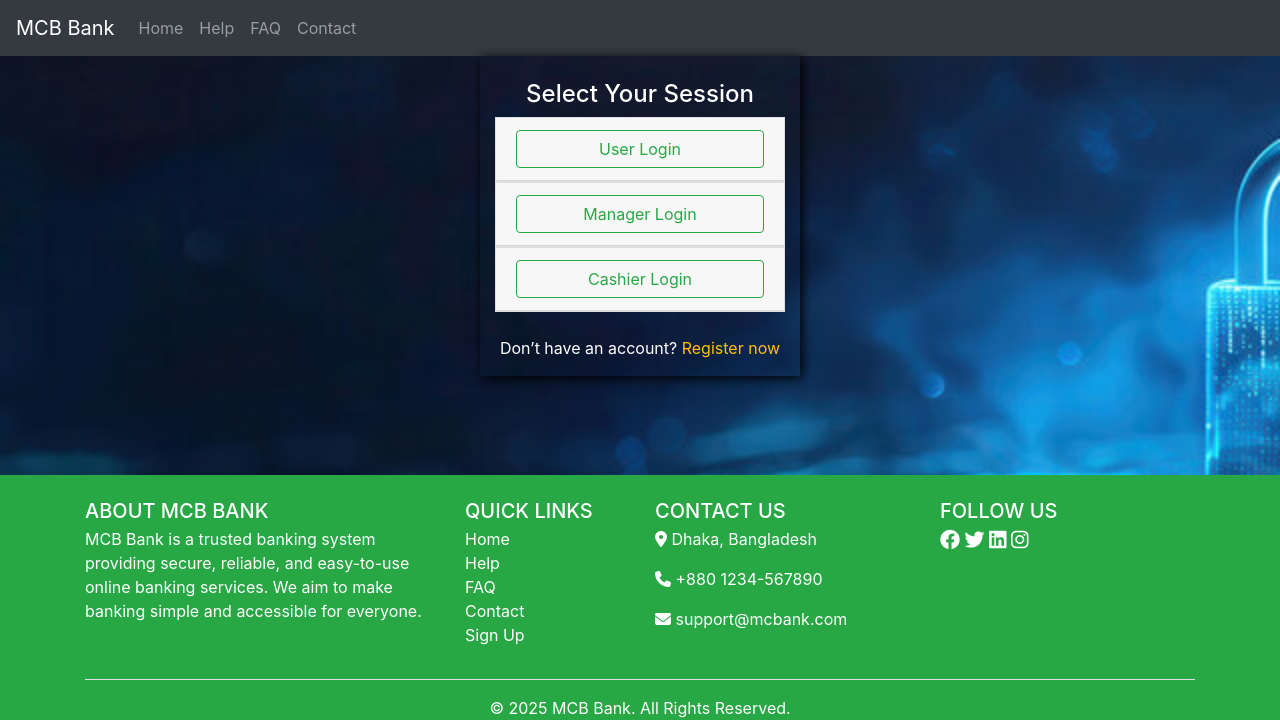
Repository: mhbshimla/my-bank
Page: http://localhost/login.php
An editor plug-in stored every save of this project. The page is shown before and after the next save, followed by the edit.
The browser window is 1280 px wide. The pictures show the whole page.
The page is run by PHP 8.4 with error messages shown; the project is at /var/www/html/.

Above is the page before, as saved 2025-10-13 20:11:25.

### login.php
<!DOCTYPE html>
<html>
<head>
	<title>Banking</title>
	<?php require 'assets/autoloader.php'; ?>
	<?php require 'assets/function.php'; ?>
	<?php
    $con = new mysqli('localhost','root','','mybank');
    define('bankName', 'MCB Bank');

		$error = "";
		if (isset($_POST['userLogin']))
		{
  			$user = $_POST['email'];
		    $pass = $_POST['password'];
		    $result = $con->query("select * from userAccounts where email='$user' AND password='$pass'");
		    if($result->num_rows>0)
		    {
		      session_start();
		      $data = $result->fetch_assoc();
		      $_SESSION['userId']=$data['id'];
		      $_SESSION['user'] = $data;
		      header('location:index.php');
		     }
		    else
		    {
		      $error = "<div class='alert alert-warning text-center rounded-0'>Username or password wrong try again!</div>";
		    }
		}

		if (isset($_POST['cashierLogin']))
		{
  			$user = $_POST['email'];
		    $pass = $_POST['password'];
		    $result = $con->query("select * from login where email='$user' AND password='$pass'");
		    if($result->num_rows>0)
		    {
		      session_start();
		      $data = $result->fetch_assoc();
		      $_SESSION['cashId']=$data['id'];
		      header('location:cindex.php');
		     }
		    else
		    {
		      $error = "<div class='alert alert-warning text-center rounded-0'>Username or password wrong try again!</div>";
		    }
		}

		if (isset($_POST['managerLogin']))
		{
  			$user = $_POST['email'];
		    $pass = $_POST['password'];
		    $result = $con->query("select * from login where email='$user' AND password='$pass' AND type='manager'");
		    if($result->num_rows>0)
		    {
		      session_start();
		      $data = $result->fetch_assoc();
		      $_SESSION['managerId']=$data['id'];
		      header('location:mindex.php');
		     }
		    else
		    {
		      $error = "<div class='alert alert-warning text-center rounded-0'>Username or password wrong try again!</div>";
		    }
		}
	 ?>
</head>

<!-- <body style="background: url(images/bg-login2.jpg); background-size: cover; min-height:100vh; display:flex; flex-direction:column;"> -->
<body style="background: url(images/bg-login4.jpg); background-size: cover; min-height:100vh; display:flex; flex-direction:column;">

<nav class="navbar navbar-expand-lg navbar-dark bg-dark">
  <a class="navbar-brand" href="index.php">MCB Bank</a>
  <button class="navbar-toggler" type="button" data-toggle="collapse" data-target="#navbarNav" aria-controls="navbarNav" aria-expanded="false" aria-label="Toggle navigation">
    <span class="navbar-toggler-icon"></span>
  </button>

  <div class="collapse navbar-collapse" id="navbarNav">
    <ul class="navbar-nav mr-auto">
      <li class="nav-item"><a class="nav-link" href="home.php">Home</a></li>
      <!-- <li class="nav-item"><a class="nav-link" href="aboutourbank.php">About Our Bank</a></li> -->
      <li class="nav-item"><a class="nav-link" href="help.php">Help</a></li>
      <li class="nav-item"><a class="nav-link" href="faq.php">FAQ</a></li>
      <li class="nav-item"><a class="nav-link" href="contact.php">Contact</a></li>
    </ul>
    <ul class="navbar-nav">
      <!-- <li class="nav-item"><a class="btn btn-outline-light mr-2" href="login.php">Login</a></li> -->
      <!-- <li class="nav-item"><a class="btn btn-success" href="signup.php">Register Now</a></li> -->
    </ul>
  </div>
</nav>


<?php echo $error ?>

<!-- <main class="flex-fill d-flex justify-content-end align-items-center"> -->
  <main class="flex-fill d-flex justify-content-center align-items-center">
  <!-- <div id="accordion" role="tablist" class="w-25 shadowBlack me-5"> -->
	<!-- <div id="accordion" role="tablist" class="w-25 float-right shadowBlack" style="margin-right: 222px"> -->
	<div id="accordion" role="tablist" class="col-12 col-sm-8 col-md-6 col-lg-4 col-xl-3 shadowBlack me-lg-5">
  	<br><h4 class="text-center text-white">Select Your Session</h4>
    <div class="card rounded-0">
      <div class="card-header" role="tab" id="headingOne">
        <h5 class="mb-0">
          <a style="text-decoration: none;" data-toggle="collapse" href="#collapseOne" aria-expanded="true" aria-controls="collapseOne">
           <button class="btn btn-outline-success btn-block">User Login</button>
          </a>
        </h5>
      </div>
      <div id="collapseOne" class="collapse" role="tabpanel" aria-labelledby="headingOne" data-parent="#accordion">
        <div class="card-body">
         <form method="POST">
         	<input type="email" value="some2@gmail.com" name="email" class="form-control" required placeholder="Enter Email">
         	<input type="password" name="password" value="some2" class="form-control" required placeholder="Enter Password">
         	<button type="submit" class="btn btn-primary btn-block btn-sm my-1" name="userLogin">Enter </button>
         </form>
        </div>
      </div>
    </div>

    <div class="card rounded-0">
      <div class="card-header" role="tab" id="headingTwo">
        <h5 class="mb-0">
          <a class="collapsed btn btn-outline-success btn-block" data-toggle="collapse" href="#collapseTwo" aria-expanded="false" aria-controls="collapseTwo">
            Manager Login
          </a>
        </h5>
      </div>
      <div id="collapseTwo" class="collapse" role="tabpanel" aria-labelledby="headingTwo" data-parent="#accordion">
        <div class="card-body">
           <form method="POST">
         	<input type="email" value="manager@manager.com" name="email" class="form-control" required placeholder="Enter Email">
         	<input type="password" name="password" value="manager" class="form-control" required placeholder="Enter Password">
         	<button type="submit" class="btn btn-primary btn-block btn-sm my-1" name="managerLogin">Enter </button>
         </form>
        </div>
      </div>
    </div>

    <div class="card rounded-0">
      <div class="card-header" role="tab" id="headingThree">
        <h5 class="mb-0">
          <a class="collapsed btn btn-outline-success btn-block" data-toggle="collapse" href="#collapseThree" aria-expanded="false" aria-controls="collapseThree">
           Cashier Login
          </a>
        </h5>
      </div>
      <div id="collapseThree" class="collapse" role="tabpanel" aria-labelledby="headingThree" data-parent="#accordion">
        <div class="card-body">
          <form method="POST">
         	<input type="email" value="cashier@cashier.com" name="email" class="form-control" required placeholder="Enter Email">
         	<input type="password" name="password" value="cashier" class="form-control" required placeholder="Enter Password">
         	<button type="submit"  class="btn btn-primary btn-block btn-sm my-1" name="cashierLogin">Enter </button>
         </form>
        </div>
      </div>
    </div>
    <!-- Register Prompt -->
    <div class="text-center mt-4 mb-3">
       <p class="text-white">Don’t have an account? <a href="signup.php" class="text-warning font-weight-normal">Register now</a></p>
        <!-- <a href="signup.php" style="color: skyblue; font-weight: normal;">Register now</a> -->
       <!-- <p class="mt-3 text-white">Don’t have an account? <a href="signup.php">Register now</a></p> -->
    </div>
  </div>
</main>

<!-- <footer class="bg-success text-white pt-5 pb-3 mt-auto"> -->
  <footer class="bg-success text-white pt-3 mt-auto" style="background-color: #146c43;">
  <div class="container">
    <div class="row">

      <!-- About Section -->
      <div class="col-md-4 text-sm">
        <h5 class="text-uppercase mb-1 mt-2">About <?php echo bankName; ?></h5>
        <p class="text-sm">
          <?php echo bankName; ?> is a trusted banking system providing secure,
          reliable, and easy-to-use online banking services. We aim to make
          banking simple and accessible for everyone.
        </p>
      </div>

      <!-- Quick Links -->
      <div class="col-md-2 text-sm">
        <h5 class="text-uppercase mb-1 mt-2">Quick Links</h5>
        <ul class="list-unstyled">
          <li><a href="home.php" class="text-white text-decoration-none">Home</a></li>
          <li><a href="help.php" class="text-white text-decoration-none">Help</a></li>
          <li><a href="faq.php" class="text-white text-decoration-none">FAQ</a></li>
          <li><a href="contact.php" class="text-white text-decoration-none">Contact</a></li>
          <li><a href="signup.php" class="text-white text-decoration-none">Sign Up</a></li>
        </ul>
      </div>

      <!-- Contact Info -->
      <div class="col-md-3 text-sm">
        <h5 class="text-uppercase mb-1 mt-2">Contact Us</h5>
        <p><i class="fas fa-map-marker-alt"></i> Dhaka, Bangladesh</p>
        <p><i class="fas fa-phone"></i> +880 1234-567890</p>
        <p><i class="fas fa-envelope"></i> support@mcbank.com</p>
      </div>

      <!-- Social Media -->
      <div class="col-md-3 text-sm">
        <h5 class="text-uppercase mb-1 mt-2">Follow Us</h5>
        <a href="#" class="text-white me-3"><i class="fab fa-facebook fa-lg"></i></a>
        <a href="#" class="text-white me-3"><i class="fab fa-twitter fa-lg"></i></a>
        <a href="#" class="text-white me-3"><i class="fab fa-linkedin fa-lg"></i></a>
        <a href="#" class="text-white"><i class="fab fa-instagram fa-lg"></i></a>
      </div>

    </div>
    <hr class="bg-light">
    <div class="text-center">
      &copy; <?php echo date("Y"); ?> <?php echo bankName; ?>. All Rights Reserved.
    </div>
  </div>
</footer>

<!-- Font Awesome for icons -->
<!-- <script src="https://kit.fontawesome.com/a076d05399.js" crossorigin="anonymous"></script> -->
<link rel="stylesheet" href="https://cdnjs.cloudflare.com/ajax/libs/font-awesome/6.4.0/css/all.min.css">

</body>
</html>

### assets/autoloader.php

<link rel="stylesheet" type="text/css" href="css/bootstrap.min.css">
<link rel="stylesheet" type="text/css" href="css/custom.css">
<link rel="stylesheet" type="text/css" href="font-awesome/css/font-awesome.min.css">
<script src='js/jquery-3.2.1.min.js'></script>
<script src='js/popper.min.js'></script>
<script src='js/bootstrap.min.js'></script>

### assets/function.php
<?php
function setBalance($amount,$process,$accountNo)
{
	$con = new mysqli('localhost','root','','mybank');
	$array = $con->query("select * from userAccounts where accountNo='$accountNo'");
	$row = $array->fetch_assoc();
	if ($process == 'credit')
	{
		$balance = $row['balance'] + $amount;
		return $con->query("update userAccounts set balance = '$balance' where accountNo = '$accountNo'");
	}else
	{
		$balance = $row['balance'] - $amount;
		return $con->query("update userAccounts set balance = '$balance' where accountNo = '$accountNo'");
	}
}
function setOtherBalance($amount,$process,$accountNo)
{
	$con = new mysqli('localhost','root','','mybank');
	$array = $con->query("select * from otheraccounts where accountNo='$accountNo'");
	$row = $array->fetch_assoc();
	if ($process == 'credit')
	{
		$balance = $row['balance'] + $amount;
		return $con->query("update otheraccounts set balance = '$balance' where accountNo = '$accountNo'");
	}else
	{
		$balance = $row['balance'] - $amount;
		return $con->query("update otheraccounts set balance = '$balance' where accountNo = '$accountNo'");
	}
}
function makeTransaction($action,$amount,$other)
{
	$con = new mysqli('localhost','root','','mybank');
	if ($action == 'transfer')
	{
		return $con->query("insert into transaction (action,debit,other,userId) values ('transfer','$amount','$other','$_SESSION[userId]')");
	}
	if ($action == 'withdraw')
	{
		return $con->query("insert into transaction (action,debit,other,userId) values ('withdraw','$amount','$other','$_SESSION[userId]')");

	}
	if ($action == 'deposit')
	{
		return $con->query("insert into transaction (action,credit,other,userId) values ('deposit','$amount','$other','$_SESSION[userId]')");

	}
}
function makeTransactionCashier($action,$amount,$other,$userId)
{
	$con = new mysqli('localhost','root','','mybank');
	if ($action == 'transfer')
	{
		return $con->query("insert into transaction (action,debit,other,userId) values ('transfer','$amount','$other','$userId')");
	}
	if ($action == 'withdraw')
	{
		return $con->query("insert into transaction (action,debit,other,userId) values ('withdraw','$amount','$other','$userId')");

	}
	if ($action == 'deposit')
	{
		return $con->query("insert into transaction (action,credit,other,userId) values ('deposit','$amount','$other','$userId')");

	}
}
 ?>

### css/custom.css
.omit1{background: rgba(0,0,0,0.1);}
.omit2{background: rgba(0,0,0,0.2);}
.omit3{background: rgba(0,0,0,0.3);}
.omit4{background: rgba(0,0,0,0.4);}
.omit5{background: rgba(0,0,0,0.5);}
.omit6{background: rgba(0,0,0,0.6);}
.omit7{background: rgba(0,0,0,0.7);}
.omit8{background: rgba(0,0,0,0.8);}
.omit9{background: rgba(0,0,0,0.9);}

.shadowBlack{box-shadow: 2px 2px 11px black}
.shadowGreen{box-shadow: 2px 2px 11px green}
.shadowBlue{box-shadow: 2px 2px 11px blue}
.shadowWhite{box-shadow: 2px 2px 11px white}

Loaded but not shown: css/bootstrap.min.css (library); font-awesome/css/font-awesome.min.css (library); js/jquery-3.2.1.min.js (library); js/popper.min.js (library); js/bootstrap.min.js (library)

After the next save:
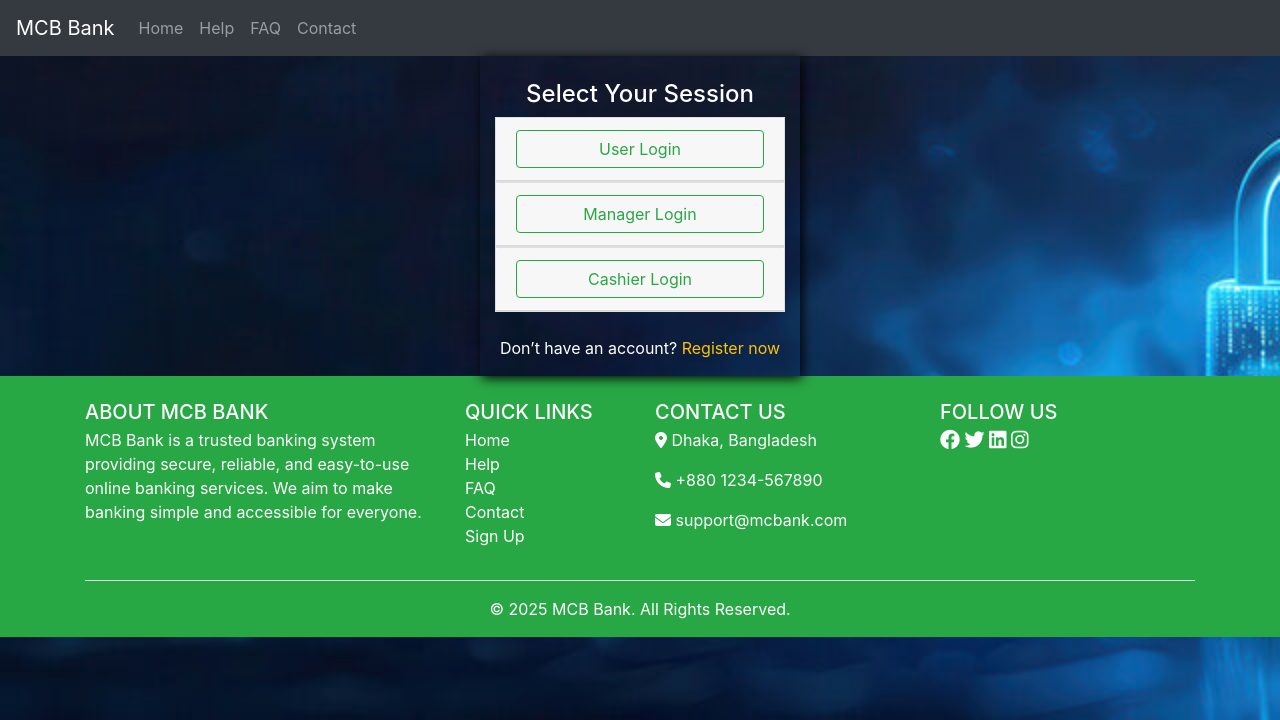
Saved 30 s later.
--- a/login.php
+++ b/login.php
@@ -165,7 +165,7 @@
 </main>
 
 <!-- <footer class="bg-success text-white pt-5 pb-3 mt-auto"> -->
-  <footer class="bg-success text-white pt-3 mt-auto" style="background-color: #146c43;">
+  <footer class="bg-success text-white pt-3 pb-3" style="background-color: #146c43;">
   <div class="container">
     <div class="row">
 

After the save that followed:
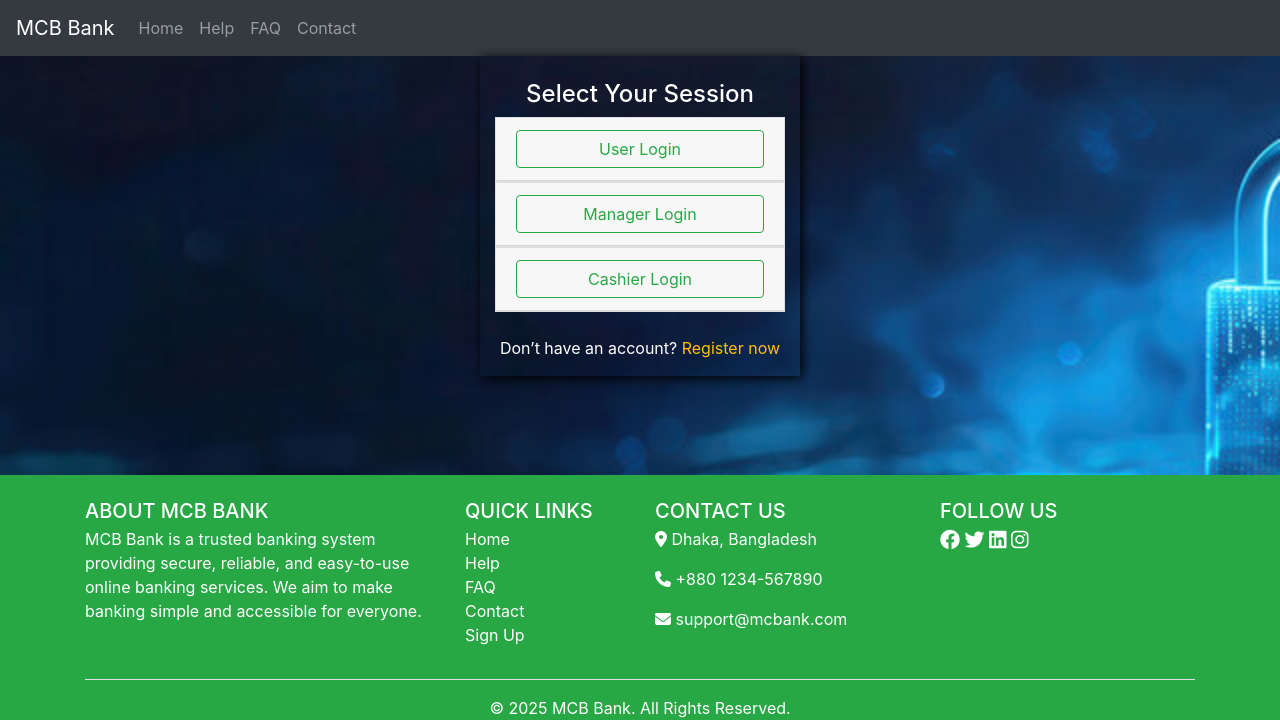
Saved 16 s later.
--- a/login.php
+++ b/login.php
@@ -165,7 +165,7 @@
 </main>
 
 <!-- <footer class="bg-success text-white pt-5 pb-3 mt-auto"> -->
-  <footer class="bg-success text-white pt-3 pb-3" style="background-color: #146c43;">
+  <footer class="bg-success text-white pt-3 mt-auto" style="background-color: #146c43;">
   <div class="container">
     <div class="row">
 
